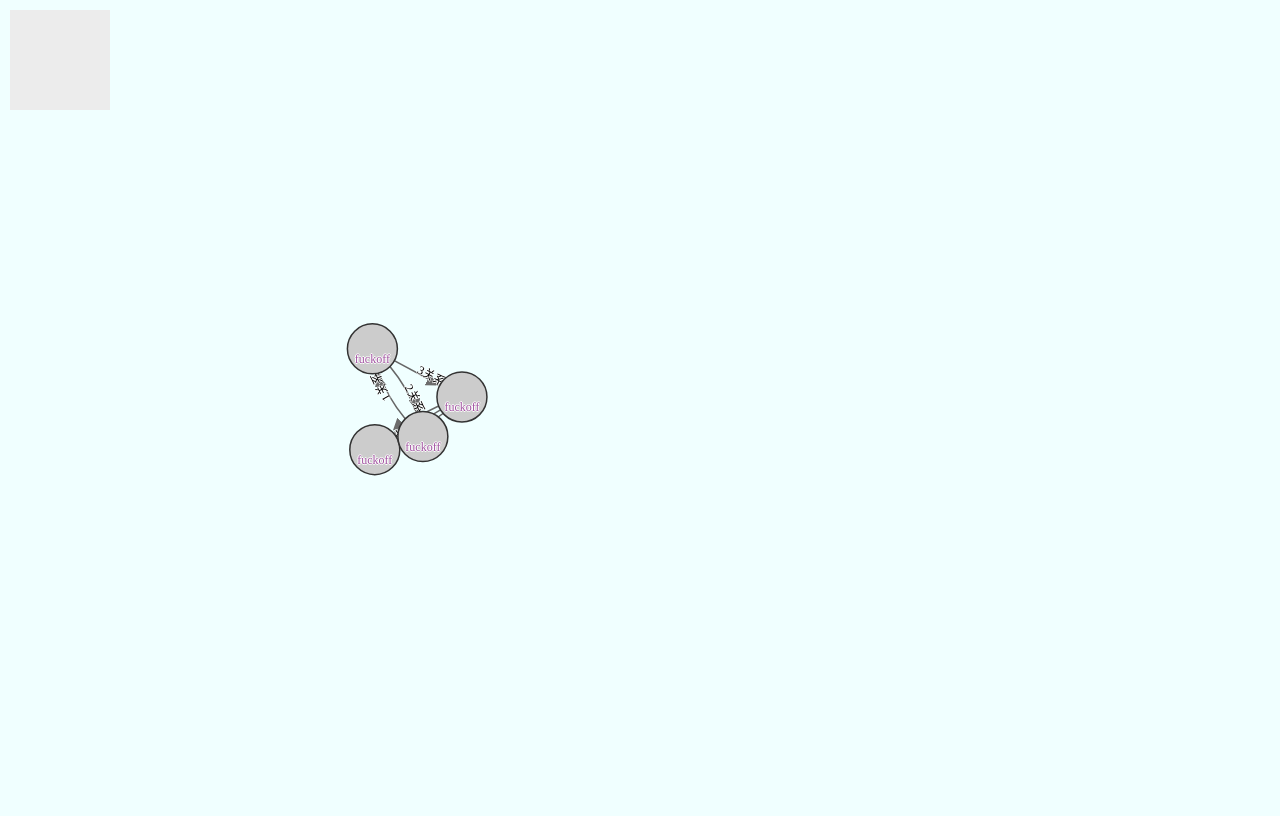
Repository: 467469274/fource
Page: index.html
The author's editor kept a copy of each file at every save. The page is drawn from the files as they stood at one save, then again after the next save.
The browser window is 1280 px wide. The pictures show the whole page.
Some web libraries are served in a nearby version.

Above is the page before, as saved 2020-10-27 20:39:54.

After the next save:
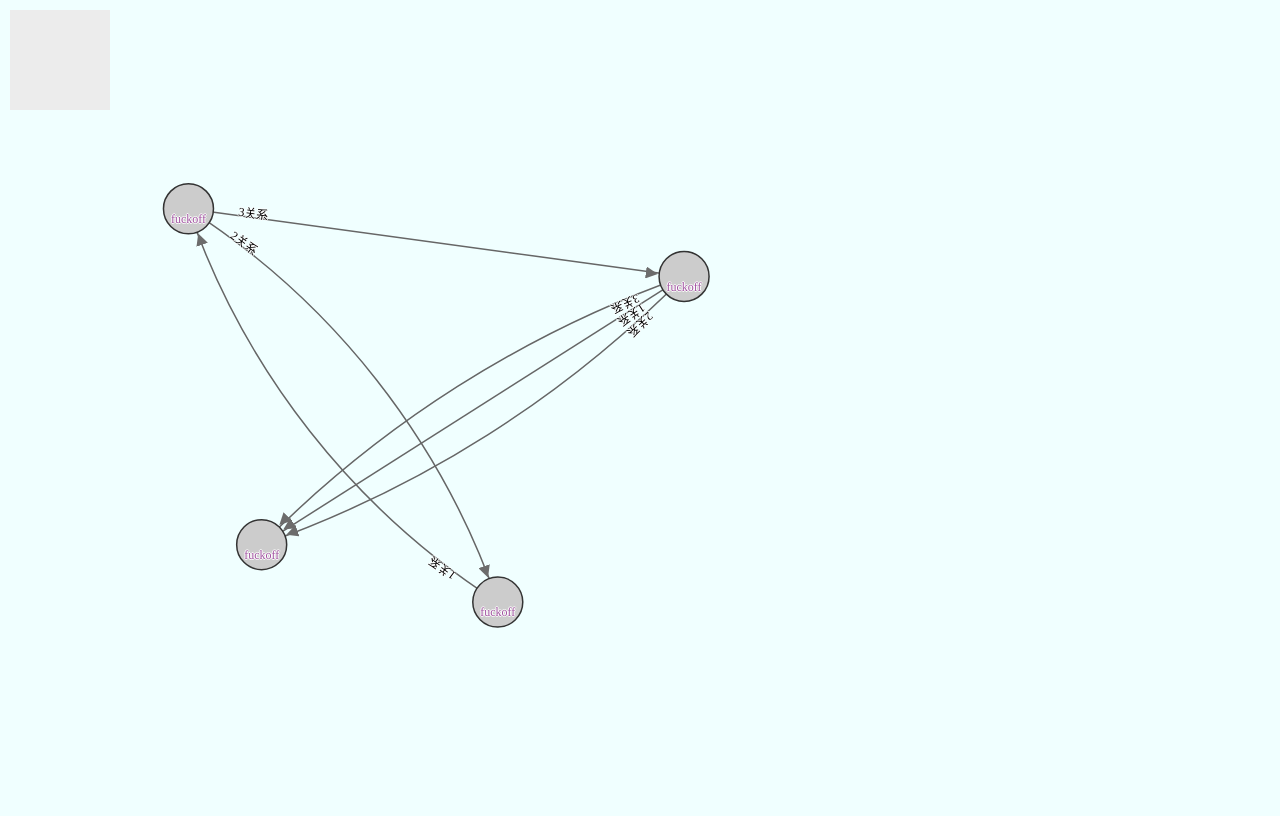
Saved 2 s later.
--- a/index.html
+++ b/index.html
@@ -25,21 +25,21 @@
                   sourcename: "洗刷刷",
                   source: "bh001",
                   target: "bh002",
-                  value:1,
+                  value:5,
                 },
                 {
                   targetname: "哇哈哈",
                   relaname: "2关系",
                   sourcename: "洗刷刷",
                   source: "bh001",
-                  value:1,
+                  value:5,
                   target: "bh002",
                 },
                 {
                   targetname: "哇哈哈",
                   relaname: "3关系",
                   sourcename: "洗刷刷",
-                  value:1,
+                  value:5,
                   source: "bh001",
                   target: "bh002",
                 },
@@ -47,14 +47,14 @@
                   targetname: "喜洋洋",
                   relaname: "2关系",
                   sourcename: "美洋洋",
-                  value:1,
+                  value:5,
                   source: "bh003",
                   target: "bh004",
                 },
                 {
                   targetname: "洗刷刷",
                   relaname: "3关系",
-                  value:1,
+                  value:5,
                   sourcename: "喜洋洋",
                   source: "bh003",
                   target: "bh001",
@@ -64,7 +64,7 @@
                   relaname: "1关系",
                   sourcename: "洗刷刷",
                   source: "bh004",
-                  value:1,
+                  value:5,
                   target: "bh003",
                 },
               ];

After the save that followed:
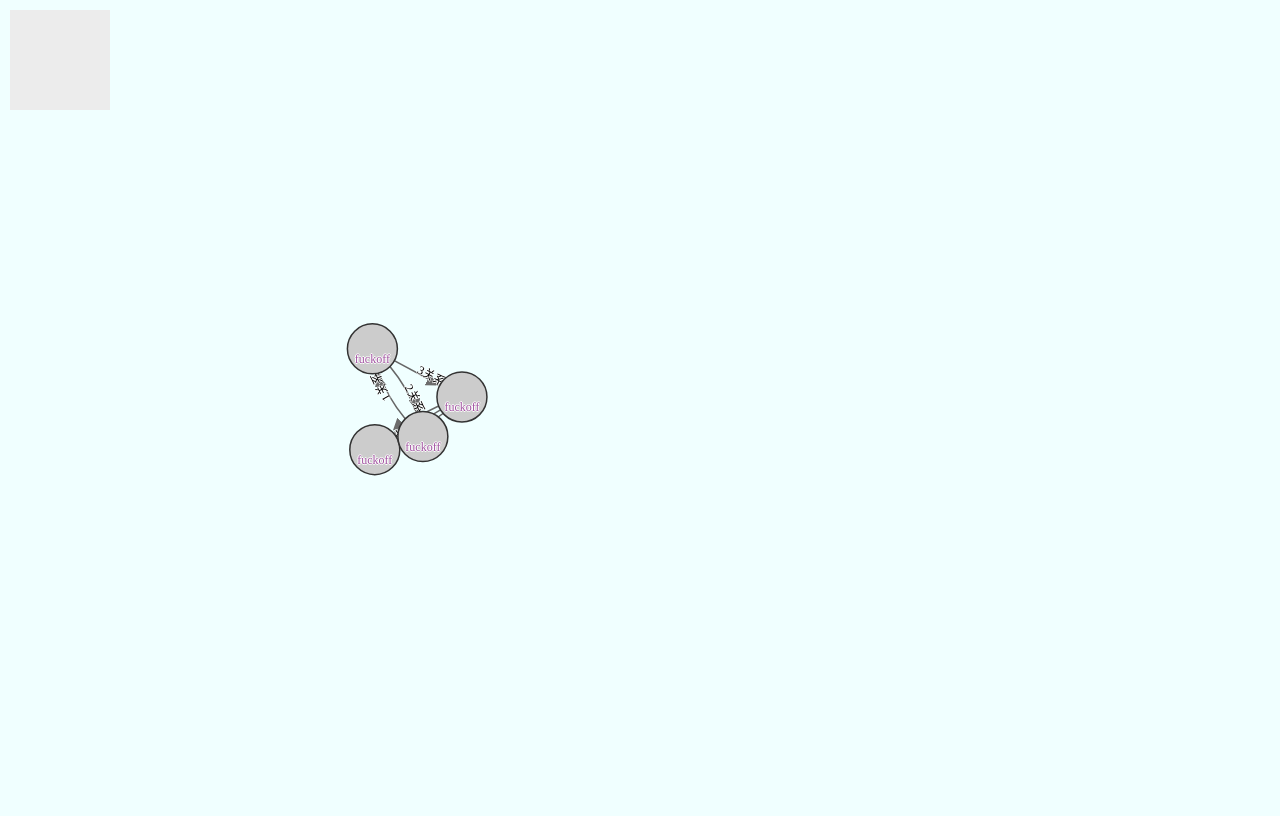
Saved 9 min 44 s later.
--- a/index.html
+++ b/index.html
@@ -25,21 +25,21 @@
                   sourcename: "洗刷刷",
                   source: "bh001",
                   target: "bh002",
-                  value:5,
+
                 },
                 {
                   targetname: "哇哈哈",
                   relaname: "2关系",
                   sourcename: "洗刷刷",
                   source: "bh001",
-                  value:5,
+
                   target: "bh002",
                 },
                 {
                   targetname: "哇哈哈",
                   relaname: "3关系",
                   sourcename: "洗刷刷",
-                  value:5,
+
                   source: "bh001",
                   target: "bh002",
                 },
@@ -47,14 +47,14 @@
                   targetname: "喜洋洋",
                   relaname: "2关系",
                   sourcename: "美洋洋",
-                  value:5,
+
                   source: "bh003",
                   target: "bh004",
                 },
                 {
                   targetname: "洗刷刷",
                   relaname: "3关系",
-                  value:5,
+
                   sourcename: "喜洋洋",
                   source: "bh003",
                   target: "bh001",
@@ -64,7 +64,7 @@
                   relaname: "1关系",
                   sourcename: "洗刷刷",
                   source: "bh004",
-                  value:5,
+
                   target: "bh003",
                 },
               ];
@@ -151,9 +151,7 @@
         //生成边数据
         force.force("link")
             .links(links)
-            .distance(function(d){//每一边的长度
-                return d.value*100;
-            })
+            .distance(100)
         // //设置图形的中心位置
         force.force("center")
             .x(width/2)
